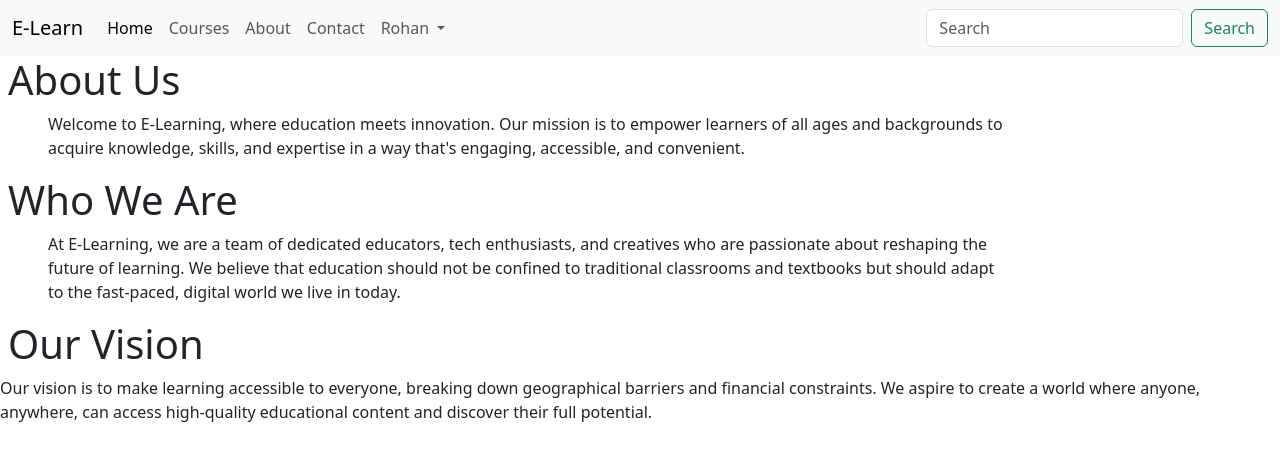
Repository: syni18/bootstrap_elarn
Page: About.html
These files come from the project's save history. The page is drawn as it stood at one moment and after a run of saves; the edit follows.
The browser window is 1280 px wide. The pictures show the whole page.

Above is the page before, as saved 2023-10-25 23:09:40.

After the next 5 saves:
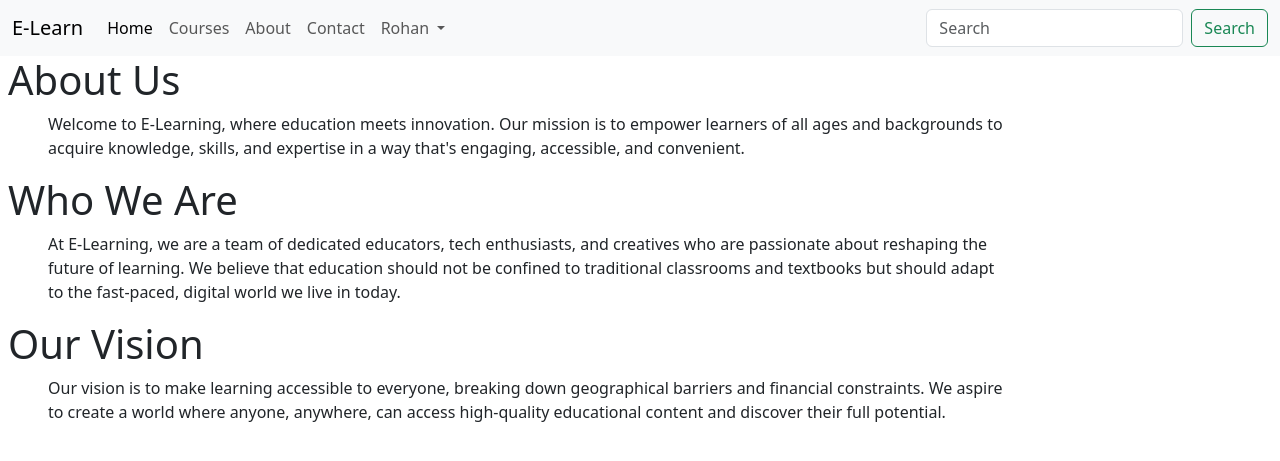
The 5 saves are shown as one change because they came seconds apart.
The last was saved 12 s later.
--- a/About.html
+++ b/About.html
@@ -56,7 +56,7 @@
 </div>
 <div>
     <h6 class="display-6 ms-2">Our Vision</h6>
-    <p>Our vision is to make learning accessible to everyone, breaking down geographical barriers and financial constraints. We aspire to create a world where anyone, anywhere, can access high-quality educational content and discover their full potential.</p>
+    <p class="w-75 ms-5">Our vision is to make learning accessible to everyone, breaking down geographical barriers and financial constraints. We aspire to create a world where anyone, anywhere, can access high-quality educational content and discover their full potential.</p>
 </div>
     <script src="https://cdn.jsdelivr.net/npm/bootstrap@5.3.2/dist/js/bootstrap.bundle.min.js" integrity="sha384-C6RzsynM9kWDrMNeT87bh95OGNyZPhcTNXj1NW7RuBCsyN/o0jlpcV8Qyq46cDfL" crossorigin="anonymous"></script>
   </body>
